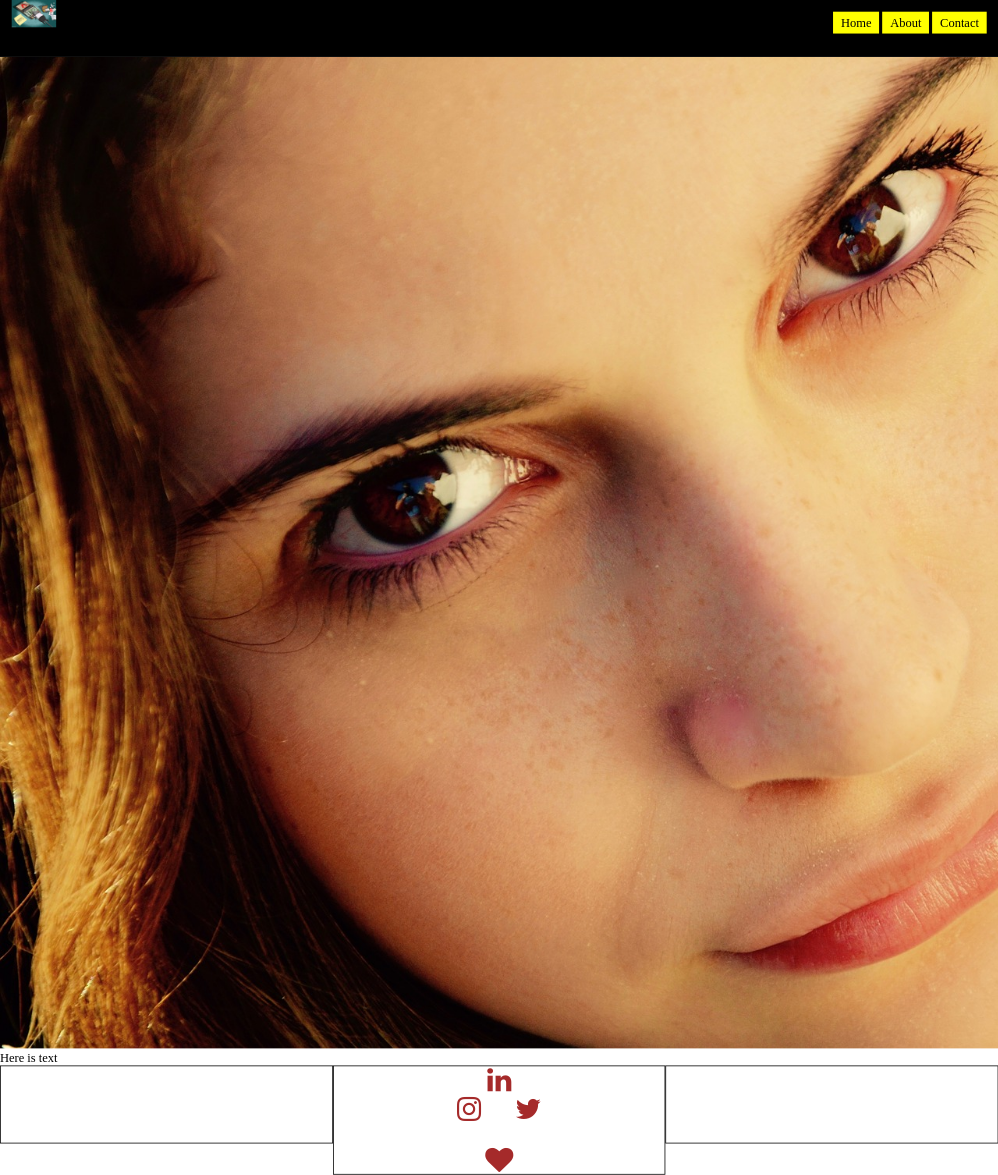
Repository: bitmogram/practicingcards
Page: about.html
The author's editor kept a record of every edit. The page is drawn from the files as they stood at one moment, then again after the next edit.
The browser window is 1280 px wide. The pictures show the whole page, at 78% of full size.

Above is the page before.

### about.html
<!DOCTYPE html>
<html lang="en">
<head>
	<meta charset="UTF-8">
	<meta name="viewport" content="width=device-width, initial-scale=1.0">
	<meta http-equiv="X-UA-Compatible" content="ie=edge">
	<meta name="author" content="Maurice Graham">
	<meta name="keywords" content="animals, animal, zoo, pets, zoo">
	<meta name="description" content="Amazing Animals">
	<link rel="stylesheet" href="css/font-awesome.min.css" type="text/css">
	<link rel="stylesheet" href="css/styles.css" type="text/css">
	<link rel="stylesheet" href="css/about.css" type="text/css">
	<title>Amazing Animals</title>
</head>
<body>
	<!-- Header -->

	<header>
		<nav class="clearfix">
			<img class="brand pull-left" src="img/money-trap.jpg" alt="Money Trap">
			<ul class="nav-links pull-right">
				<li><a href="index.html">Home</a></li>
				<li><a href="#">About</a></li>
				<li><a href="contact.html">Contact</a></li>
			</ul>
		</nav>
	</header>

	<!-- /Header -->

	<!--Main Content-->

	<main class="about-container">
	<img src="img/face.jpg" alt="face">
		<div class="about-child">Here is text
		</div>

		<div class="about-child pull-left">
		</div>
	</main>

<!--/Main Content -->

	<!--Footer -->
		<!--Four Social Media Icons-->

	<footer>
		<section class= "pull-left"></section>
		<section class= "pull-left">
			<div class="i-container centered">
				<i class="icon fa fa-linkedin" aria-hidden="true"></i>
				<div class="clearfix">
					<i class="icon pull-left fa fa-instagram" aria-hidden="true"></i>
					<i class="icon pull-right fa fa-twitter" aria-hidden="true"></i>
				</div>
				<i class="icon fa fa-heart" aria-hidden="true"></i>
			</div>
		</section>
		<section class= "pull-left"></section>


	</footer>

	<!-- /Footer-->

</body>
</html>

### css/styles.css
* {
    margin: 0;
    padding: 0;
    box-sizing: border-box;
}

/*Helper Classes*/
.clearfix::after {
  content: "";
  display: block;
  clear: both;
  padding: 15px;
}
.pull-left {
    float: left;
}
.pull-right {
    float:right;
}

.text-centered {
    text-align: center;
}

.card h1, .card p {
    margin-top: 30px;
    padding: 15px;
}

.centered {
    margin: 0 auto;
}
/*/Helper Classes*/

/*Header*/
nav {
    background-color: black;
    padding: 0 15px;
}
.brand {
    height: 35px;
}
.nav-links {
    list-style-type: none;
    margin-top: 15px;
}
.nav-links li {
    display: inline-block;
    background-color: yellow;
    padding: 5px 10px;
}
.nav-links li a {
    text-decoration: none;
    color: #000;
}

/*/Header*/
footer section {
    min-height: 100px;
    width: calc(100% / 3);
    border: 1px solid #000;
}
.i-container {
    text-align: center;
    width: 108px;
}

.box {
    height: 50px;
    width: 50px;
    background-color: #000;
}

.icon {
    font-size: 36px;
    color: brown;

}

/*/Footer*/


/*Hero Section*/

.hero {
    height: 700px;
    background-image: url("../img/lion-girl.jpg");
    background-position: center center;
    background-size: 100%;
    /*opacity: .2;*/
}

.banner {
    padding: 10px 15px;
    background-color: rgba(0, 0, 0, .4);
    color:; #cacaca;
    display: inline-block;
    margin: 75px 75px 75px 75px;
    font-size: 200%;
    text-shadow: 4px 6px 8px #cacaca;
}

.card {
    /*width: calc(60% / 3);*/
    width: 20%;
    margin: 75px 0 75px 10%;
    /*margin: 75px 0px 75px calc(40% / 4);*/
    /*height: 350px;*/
    background-color: #d3d3d3;
    box-shadow:5px 7px 5px #000;
}

.card img {
    height: 95px;
    display: block;
    border-radius: 20%;
    box-shadow: 3px 4px 4px #000;
    margin: 20px 50px 20px calc(100% / 4);
}
/*/Hero Section*/


.about-container {
    /*opacity: .2;*/
    width: 100%;
    height: auto;
    border: 20px 25px;
    overflow: auto;

}

.about-child-one {
    background-color: black;
    padding: 3px;
    border: 10px solid;
    border-color: white;
    float: left;
    width: 40%;
    height: auto;
    color: white;
}

.about-child-two {
    background-color: black;
    padding: 3px;
    border: 10px solid;
    border-color: white;
    float: left;
    width: 60%;
    height: auto;
    color: white;
}
.clear-float {
    overflow: auto;
    clear: both;
}


.about-child-two iframe {
    width: 560px;
    height: 560px;
}

Loaded but not shown: css/font-awesome.min.css (library); css/about.css (no stored copy; drawn as an empty file)

After the next edit:
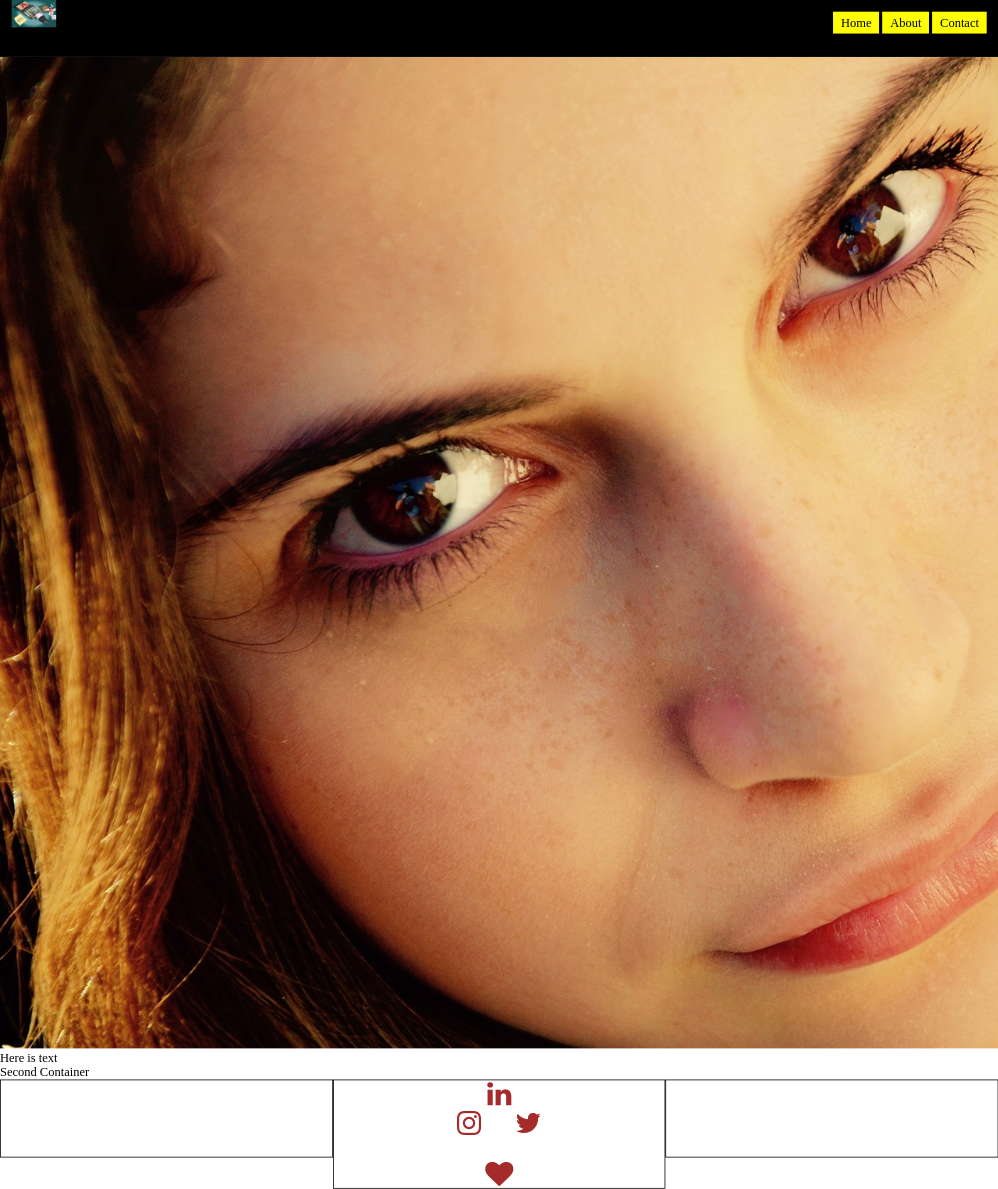
The edit:
--- a/about.html
+++ b/about.html
@@ -35,7 +35,7 @@
 		<div class="about-child">Here is text
 		</div>
 
-		<div class="about-child pull-left">
+		<div class="about-child">Second Container
 		</div>
 	</main>
 
